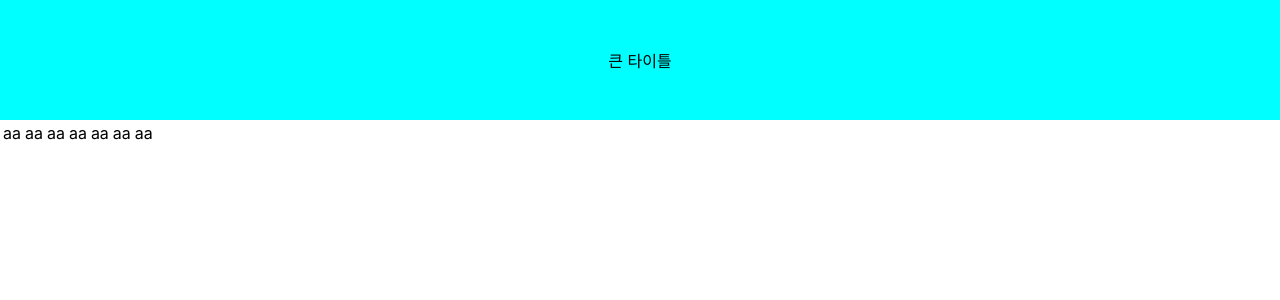
Repository: honeybong/SANGBONG
Page: /
The author's editor kept a copy of each file at every save. The page is drawn from the files as they stood at one save, then again after the next save.
The browser window is 1280 px wide. The pictures show the whole page.
The project was rebuilt for these pictures with package versions that can differ from the ones it lists, and the page was loaded fresh each time.

Above is the page before, as saved 2023-03-22 12:45:45.

### src/App.js
import './App.scss';
import { useState } from 'react';

const App = (props) => {
  return (
    <div className='test'>
      <header className='test-header'>
        <div className='header-title'>
          큰 타이틀
        </div>
      </header>
      <body className='test-body'>
        <div className='body-container'>
          {/* <div className='scheduler' /> */}
          <table>
            <td>aa</td>
            <td>aa</td>
            <td>aa</td>
            <td>aa</td>
            <td>aa</td>
            <td>aa</td>
            <td>aa</td>
          </table>
        </div>
      </body>
    </div>
  );
}

export default App;

### src/App.scss
.test {}
.test-header {
  .header-title {
    background-color: aqua;
    text-align: center;
    display: flex;
    height: 120px;
    justify-content: center;
    align-items: center;
  }
}
.test-body {
  .body-container {
    width: 100%;
    height: 100%;
    .scheduler {
      width: 80%;
      height: 20px;
      border: 1px solid black;
    }
  }
}

Loaded but not shown: public/index.html (common file); src/index.js (common file); src/index.css (common file); src/reportWebVitals.js (common file)

After the next save:
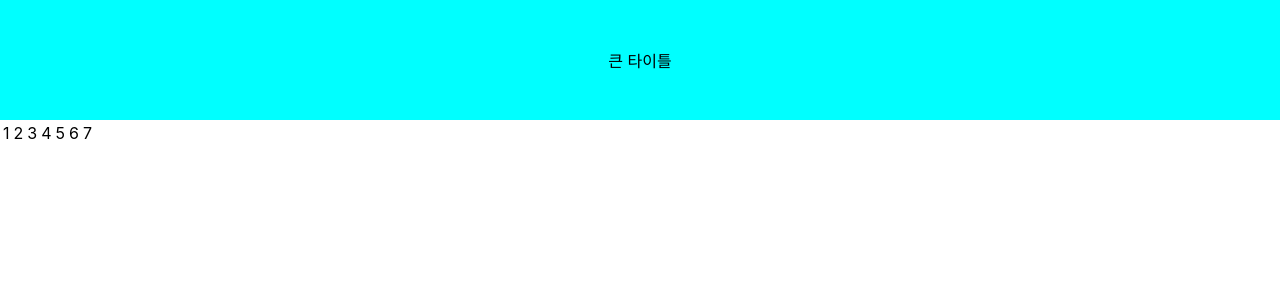
Saved 43 s later.
--- a/src/App.js
+++ b/src/App.js
@@ -13,13 +13,15 @@ const App = (props) => {
         <div className='body-container'>
           {/* <div className='scheduler' /> */}
           <table>
-            <td>aa</td>
-            <td>aa</td>
-            <td>aa</td>
-            <td>aa</td>
-            <td>aa</td>
-            <td>aa</td>
-            <td>aa</td>
+            <tr>
+              <td>1</td>
+              <td>2</td>
+              <td>3</td>
+              <td>4</td>
+              <td>5</td>
+              <td>6</td>
+              <td>7</td>
+            </tr>
           </table>
         </div>
       </body>
